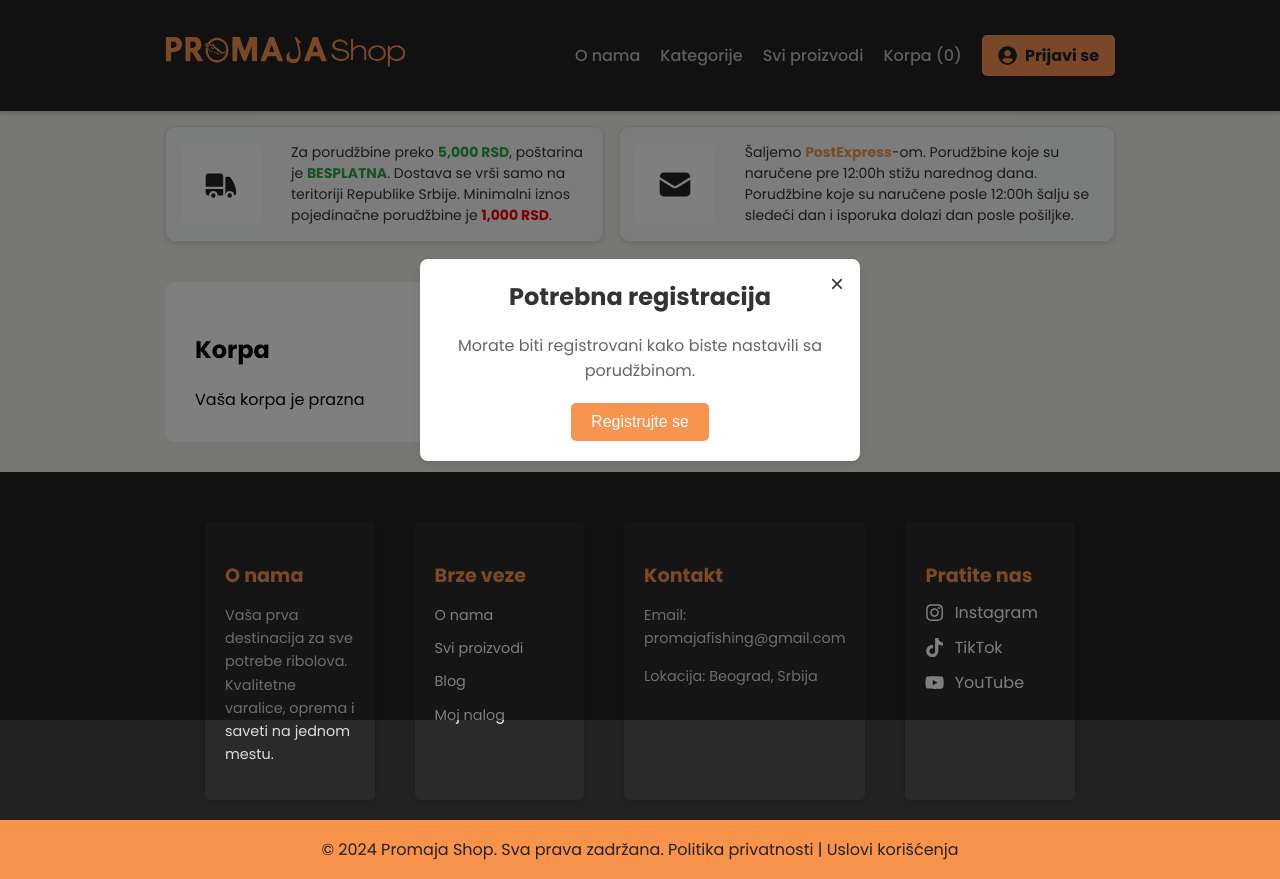
Repository: dimitrijekokovic/PromajaShopFront
Page: /cart
The author's editor kept a copy of each file at every save. The page is drawn from the files as they stood at one save, then again after the next save.
The browser window is 1280 px wide. The pictures show the whole page.
The page's requests for data from a server got no answer. The project was rebuilt for these pictures with package versions that can differ from the ones it lists, and the page was loaded fresh each time. The framework's server and built-in components were replaced by stand-ins that run in the browser. No one was signed in, and anything a server would have sent is missing. Also part of the build but not shown: next.config.js, next.config.mjs, lib/colors.js, components/Button.js, components/Table.js, components/Input.js.

Above is the page before, as saved 2025-02-15 16:52:20.

### pages/cart.js
import Button from "@/components/Button";
import { CartContext } from "@/components/CartContext";
import Center from "@/components/Center";
import Header from "@/components/Header";
import Table from "@/components/Table";
import axios from "axios";
import { useContext, useEffect, useState } from "react";
import styled from "styled-components";
import Input from "@/components/Input";
import Modal, { ModalHeader, ModalText, ButtonWrapper, ModalButton } from "@/components/Modal";
import Footer from "@/components/Footer";

const ColumnsWrapper = styled.div`
     display: grid;
    grid-template-columns: 1.2fr 0.8fr;
    gap: 40px;
    margin-top: 40px;

    @media (max-width: 768px) {
    grid-template-columns: 1fr; /* Na mobilnom uređaju sadržaj ide vertikalno */
    gap: 20px;
    margin-right:25px;
        margin-left:25px;

  }
`;

const Box = styled.div`
    background-color: #fff;
    border-radius: 10px;
    padding: 30px;
    overflow-x: auto; /* Sprečava prelamanje sadržaja */
    max-width: 100%; /* Ograničava širinu na roditelja */

    @media (max-width: 768px) {
    padding: 15px;
    margin: 0; /* Uklanja marginu sa strane */
  }
`;

const ProductInfoCell = styled.td`
    padding: 10px 0;
`;

const ProductImageBox = styled.div`
    width: 100px;
    height: 100px;
    padding: 10px;
    border: 1px solid rgba(0, 0, 0, .1);
    display:flex;
    align-items:center;
    justify-content: center;
    border-radius: 10px;
    img {
        max-width:80px;
        max-height:80px;
    }
`;

const CitHolder = styled.div`
    display:flex;
    gap:5px;
`;

const StyledButton = styled.button`
    padding: 0;
    font-size: 16px;
    width: 32px; /* Širina dugmeta */
    height: 32px; /* Visina dugmeta */
    display: flex;
    margin-right: 5px;
    margin-left: 5px;
    align-items: center;
    justify-content: center;
    background-color: #ccc;
    color: white;
    border: none;
    border-radius: 4px;
    cursor: pointer;
    transition: background-color 0.3s ease;

    &:hover {
        background-color: #e68a00;
    }
`;

const StyledQuantityLabel = styled.div`
    display: inline-flex;
    font-size: 16px;
    font-weight: normal;
    text-align: center;
    line-height: 32px; /* Poravnanje sa dugmadi */
    width: 100px; /* Dimenzija koja odgovara dugmadi */
`;

const InfoBar = styled.div`
  display: flex;
  flex-direction: column;
  gap: 20px;
  margin-bottom: 20px;
  margin-top:15px;

  @media (min-width: 768px) {
    flex-direction: row;
    justify-content: space-between;
    gap: 15px;

  }
`;

const InfoBox = styled.div`
  display: flex;
  align-items: center;
  gap: 15px;
  background-color: #f8f9fa;
  border: 1px solid #ddd;
  padding: 15px;
  border-radius: 10px;
  box-shadow: 0 2px 5px rgba(0, 0, 0, 0.1);
  font-size: 14px;
  color: #333;

  svg {
    flex-shrink: 0;
    width: 40px;
    height: 40px;
    color: #444;
  }

  span {
    font-size: 14px;
    line-height: 1.5;
  }

  @media (max-width: 768px) {
    flex-direction: column;
    text-align: center;
    padding: 20px;
    margin-left:25px;
    margin-right:25px;
  }
`;

const IconWrapper = styled.div`
    display: flex;
    align-items: center;
    justify-content: center;
    width: 80px;
    height: 80px;
    background-color: #ffffff;
    border-radius: 5px;
    margin-right: 15px;
    svg {
        width: 80px;
        height: 35px;
        color:#222222;
    }
`;



const Highlight = styled.span`
    color: #28a745;
    font-weight: bold;
`;

const Highlight2 = styled.span`
    color: #F69450;
    font-weight: bold;
`;
const Highlight3 = styled.span`
    color: red;
    font-weight: bold;
`;

const StyledModalButton = styled(ModalButton)`
    background-color: #007bff;
    color: #fff;
    border: none;
    padding: 10px 20px;
    font-size: 16px;
    font-weight: bold;
    border-radius: 5px;
    cursor: pointer;
    transition: background-color 0.3s ease;

    &:hover {
        background-color: #0056b3;
    }
`;

export default function CartPage() {
    const [showModal, setShowModal] = useState(false);
    const { cartProducts, addProduct, removeProduct, clearCart, user, setUser } = useContext(CartContext);
    const [products, setProducts] = useState([]);
    const [name, setName] = useState('');
    const [email, setEmail] = useState('');
    const [city, setCity] = useState('');
    const [postalCode, setPostalCode] = useState('');
    const [streetAddress, setStreetAddress] = useState('');
    const [country, setCountry] = useState('');
    const [phoneNumber, setPhoneNumber] = useState('');
    const [showConfirmModal, setShowConfirmModal] = useState(false);
    const [showWarningModal, setShowWarningModal] = useState(false);

    const handleProceedClick = (e) => {
        e.preventDefault();
        if (!user || !user.email) {
            setShowModal(true); // Ako korisnik nije prijavljen, prikaži modal za registraciju
            return;
        }
        if (total < 1000) {
            setShowWarningModal(true); // Ako ukupan iznos nije dovoljan, prikaži upozorenje
            return;
        }
        setShowConfirmModal(true); // Prikaži potvrdu narudžbine
    };


    useEffect(() => {
        if (!user || !user.email) {
            const storedUser = localStorage.getItem("user");
            if (storedUser) {
                try {
                    const parsedUser = JSON.parse(storedUser);
                    if (parsedUser?.email) {
                        setUser(parsedUser); // Postavi korisnika iz localStorage
                    } else {
                        setShowModal(true); // Prikaži modal za registraciju
                    }
                } catch (e) {
                    console.error("Greška prilikom parsiranja korisnika:", e);
                    setShowModal(true); // Prikaži modal za registraciju
                }
            } else {
                setShowModal(true); // Prikaži modal za registraciju
            }
        }
    }, [user, setUser]);


    useEffect(() => {
        if (cartProducts?.length > 0) {
            axios.post('/api/cart', { ids: cartProducts }).then(response => {
                setProducts(response.data);
            });
        } else {
            setProducts([]);
        }
    }, [cartProducts]);

    const moreOfThisProduct = (id) => {
        addProduct(id);
    };

    const lessOfThisProduct = (id) => {
        removeProduct(id);
    };

    let total = 0;
    if (Array.isArray(cartProducts)) {
        for (const productId of cartProducts) {
            const price = products.find(p => p._id === productId)?.price || 0;
            total += price;
        }
    }

    const handleOrderSubmit = async () => {
        const cartProductsDetailed = cartProducts.reduce((acc, id) => {
            const existingProduct = acc.find(p => p.productId === id);
            if (existingProduct) {
                existingProduct.quantity++;
            } else {
                acc.push({ productId: id, quantity: 1 });
            }
            return acc;
        }, []);

        const response = await fetch('http://localhost:3000/api/orders', {
            method: 'POST',
            headers: { 'Content-Type': 'application/json' },
            body: JSON.stringify({
                name,
                email,
                phoneNumber,
                city,
                postalCode,
                streetAddress,
                country,
                cartProducts: cartProductsDetailed,
            }),
        });

        if (response.ok) {
            clearCart();
            setShowConfirmModal(false);
        }
    };





    let shippingCost = total > 5000 ? 0 : 420;

    return (
        <>
            <Header />
            <Center>
                <InfoBar>
                    <InfoBox>
                        <IconWrapper>
                            <svg xmlns="http://www.w3.org/2000/svg" viewBox="0 0 24 24" fill="currentColor">
                                <path d="M3.375 4.5C2.339 4.5 1.5 5.34 1.5 6.375V13.5h12V6.375c0-1.036-.84-1.875-1.875-1.875h-8.25ZM13.5 15h-12v2.625c0 1.035.84 1.875 1.875 1.875h.375a3 3 0 1 1 6 0h3a.75.75 0 0 0 .75-.75V15Z" />
                                <path d="M8.25 19.5a1.5 1.5 0 1 0-3 0 1.5 1.5 0 0 0 3 0ZM15.75 6.75a.75.75 0 0 0-.75.75v11.25c0 .087.015.17.042.248a3 3 0 0 1 5.958.464c.853-.175 1.522-.935 1.464-1.883a18.659 18.659 0 0 0-3.732-10.104 1.837 1.837 0 0 0-1.47-.725H15.75Z" />
                                <path d="M19.5 19.5a1.5 1.5 0 1 0-3 0 1.5 1.5 0 0 0 3 0Z" />
                            </svg>
                        </IconWrapper>
                        <span>
                            Za porudžbine preko <Highlight>5,000 RSD</Highlight>, poštarina je <Highlight>BESPLATNA</Highlight>. Dostava se vrši samo na teritoriji Republike Srbije. Minimalni iznos pojedinačne porudžbine je <Highlight3>1,000 RSD</Highlight3>.
                        </span>
                    </InfoBox>
                    <InfoBox>
                        <IconWrapper>
                            <svg xmlns="http://www.w3.org/2000/svg" viewBox="0 0 24 24" fill="currentColor">
                                <path d="M1.5 8.67v8.58a3 3 0 0 0 3 3h15a3 3 0 0 0 3-3V8.67l-8.928 5.493a3 3 0 0 1-3.144 0L1.5 8.67Z" />
                                <path d="M22.5 6.908V6.75a3 3 0 0 0-3-3h-15a3 3 0 0 0-3 3v.158l9.714 5.978a1.5 1.5 0 0 0 1.572 0L22.5 6.908Z" />
                            </svg>
                        </IconWrapper>
                        <span>
                            Šaljemo <Highlight2>PostExpress</Highlight2>-om. Porudžbine koje su naručene pre 12:00h stižu narednog dana. Porudžbine koje su naručene posle 12:00h šalju se sledeći dan i isporuka dolazi dan posle pošiljke.
                        </span>
                    </InfoBox>
                </InfoBar>
                <ColumnsWrapper>
                    <Box>
                        <h2>Korpa</h2>
                        {!cartProducts?.length && <div>Vaša korpa je prazna</div>}
                        {products?.length > 0 && (
                            <Table>
                                <thead>
                                    <tr>
                                        <th>Ime</th>
                                        <th>Količina</th>
                                        <th>Cena</th>
                                    </tr>
                                </thead>
                                <tbody>
                                    {products.map(product => (
                                        <tr key={product._id}>
                                            <ProductInfoCell>
                                                <ProductImageBox>
                                                    <img src={product.images[0]} alt="" />
                                                </ProductImageBox>
                                                {product.title}
                                            </ProductInfoCell>
                                            <td>
                                                <CitHolder>
                                                    <Button onClick={() => lessOfThisProduct(product._id)}>-</Button>
                                                    {cartProducts.filter(id => id === product._id).length}
                                                    <Button onClick={() => moreOfThisProduct(product._id)}>+</Button>
                                                </CitHolder>
                                            </td>
                                            <td>
                                                {cartProducts.filter(id => id === product._id).length * product.price},00 RSD
                                            </td>
                                        </tr>
                                    ))}
                                    <tr>
                                        <td><b>Ukupan iznos (bez poštarine):</b></td>
                                        <td></td>
                                        <td>{total},00 RSD</td>
                                    </tr>
                                    <tr>
                                        <td><b>Poštarina:</b></td>
                                        <td></td>
                                        <td>{shippingCost === 0 ? 'Besplatna' : `${shippingCost},00 RSD`}</td>
                                    </tr>
                                    <tr>
                                        <td><b>Ukupan iznos (sa poštarinom):</b></td>
                                        <td></td>
                                        <td><b>{total + shippingCost},00 RSD</b></td>
                                    </tr>
                                </tbody>
                            </Table>
                        )}
                    </Box>
                    {!!cartProducts?.length && (
                        <Box>
                            <h2>Informacija o porudžbini</h2>
                            <form onSubmit={handleProceedClick}>
                                <Input type="text" placeholder="Ime i prezime" value={name} name="name" onChange={ev => setName(ev.target.value)} required />
                                <Input type="text" placeholder="Email" value={email} name="email" onChange={ev => setEmail(ev.target.value)} required />
                                <Input type="text" placeholder="Broj telefona" value={phoneNumber} name="phoneNumber" onChange={ev => setPhoneNumber(ev.target.value)} required />
                                <Input
                                    type="text"
                                    placeholder="Država"
                                    value="Srbija"
                                    name="country"
                                    readOnly
                                    style={{
                                        backgroundColor: "#f8f9fa",
                                        color: "#6c757d",
                                        cursor: "not-allowed",
                                    }}
                                />
                                <CitHolder>
                                    <Input type="text" placeholder="Grad" value={city} name="city" onChange={ev => setCity(ev.target.value)} required />
                                    <Input type="text" placeholder="Poštanski broj" value={postalCode} name="postalCode" onChange={ev => setPostalCode(ev.target.value)} required />
                                </CitHolder>
                                <Input type="text" placeholder="Adresa" value={streetAddress} name="streetAddress" onChange={ev => setStreetAddress(ev.target.value)} required />
                                <Button block black type="submit">Nastavi sa porudžbinom</Button>
                            </form>
                        </Box>
                    )}
                </ColumnsWrapper>

            </Center>
            {showModal && (
                <Modal show={showModal} onClose={() => setShowModal(false)}>
                    <ModalHeader>Potrebna registracija</ModalHeader>
                    <ModalText>Morate biti registrovani kako biste nastavili sa porudžbinom.</ModalText>
                    <ButtonWrapper>
                        <ModalButton primary>
                            <a href="/register" style={{ color: 'inherit', textDecoration: 'none' }}>Registrujte se</a>
                        </ModalButton>
                    </ButtonWrapper>
                </Modal>
            )}
            {showConfirmModal && (
                <Modal show={showConfirmModal} onClose={() => setShowConfirmModal(false)}>
                    <ModalHeader>Potvrda narudžbine</ModalHeader>
                    <ModalText>Da li ste sigurni da želite da potvrdite ovu narudžbinu?</ModalText>
                    <ButtonWrapper>
                        <ModalButton primary onClick={handleOrderSubmit}>Potvrdi</ModalButton>
                        <ModalButton onClick={() => setShowConfirmModal(false)}>Otkaži</ModalButton>
                    </ButtonWrapper>
                </Modal>
            )}
            {showWarningModal && (
                <Modal show={showWarningModal} onClose={() => setShowWarningModal(false)}>
                    <ModalHeader>Porudžbina nije moguća</ModalHeader>
                    <ModalText><b>Minimalni iznos</b> porudžbine je <b>1,000 RSD.</b> Dodajte još proizvoda u korpu.</ModalText>
                    <ButtonWrapper>
                        <ModalButton onClick={() => setShowWarningModal(false)}><b>U redu</b></ModalButton>
                    </ButtonWrapper>
                </Modal>
            )}
            <Footer />
        </>
    );
}

Loaded but not shown: components/CategoriesDropdown.js (276 lines, source omitted); components/Footer.js (201 lines, source omitted); components/Header.js (162 lines, source omitted); components/CartContext.js (81 lines, source omitted); components/Modal.js (87 lines, source omitted); pages/_document.js (47 lines, source omitted); components/Center.js (17 lines, source omitted); pages/_app.js (47 lines, source omitted)

After the next save:
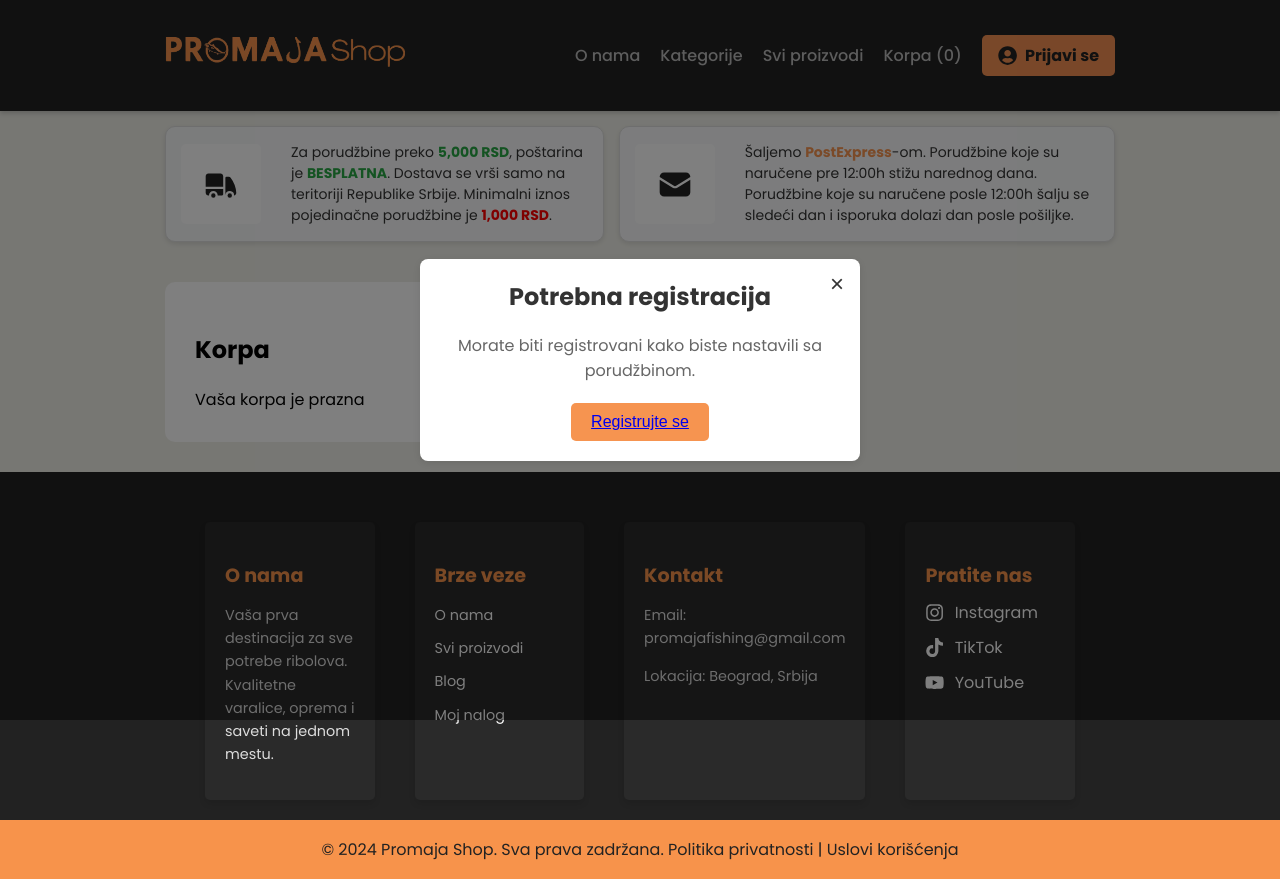
Saved 115 s later.
--- a/pages/cart.js
+++ b/pages/cart.js
@@ -9,6 +9,7 @@
 import Input from "@/components/Input";
 import Modal, { ModalHeader, ModalText, ButtonWrapper, ModalButton } from "@/components/Modal";
 import Footer from "@/components/Footer";
+import Link from "next/link";
 
 const ColumnsWrapper = styled.div`
      display: grid;
@@ -422,7 +423,9 @@
                     <ModalText>Morate biti registrovani kako biste nastavili sa porudžbinom.</ModalText>
                     <ButtonWrapper>
                         <ModalButton primary>
-                            <a href="/register" style={{ color: 'inherit', textDecoration: 'none' }}>Registrujte se</a>
+                            <Link href="/register" >
+                                <a style={{ color: 'inherit', textDecoration: 'none' }}>Registrujte se</a>
+                            </Link>
                         </ModalButton>
                     </ButtonWrapper>
                 </Modal>

After the save that followed:
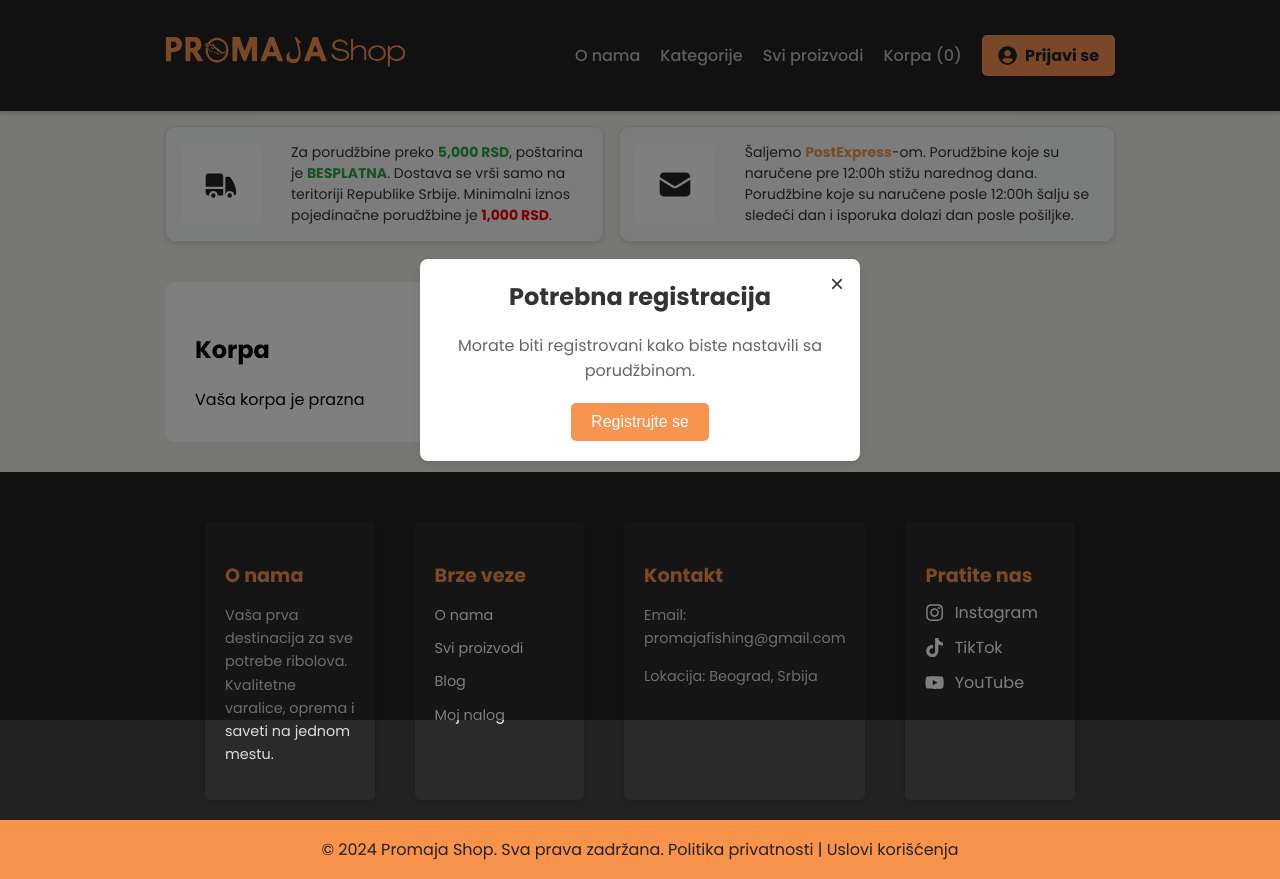
Saved 43 s later.
--- a/pages/cart.js
+++ b/pages/cart.js
@@ -423,9 +423,11 @@
                     <ModalText>Morate biti registrovani kako biste nastavili sa porudžbinom.</ModalText>
                     <ButtonWrapper>
                         <ModalButton primary>
-                            <Link href="/register" >
-                                <a style={{ color: 'inherit', textDecoration: 'none' }}>Registrujte se</a>
-                            </Link>
+                        <Link href="/register" legacyBehavior>
+                            <span style={{ color: 'inherit', textDecoration: 'none', cursor: 'pointer' }}>
+                                Registrujte se
+                            </span>
+                        </Link>
                         </ModalButton>
                     </ButtonWrapper>
                 </Modal>
